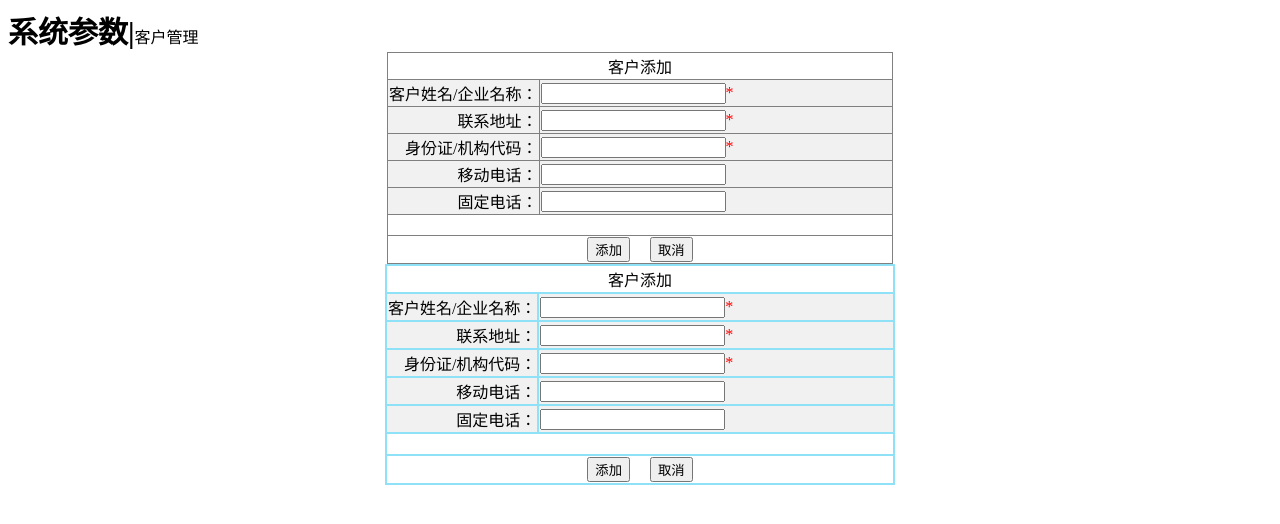
Repository: yuxingyan/OneCrewFlour
Page: http://localhost/Flour/addclient.jsp
An editor plug-in stored every save of this project. The page is shown before and after the next save, followed by the edit.
The browser window is 1280 px wide. The pictures show the whole page.
The page is served by Tomcat 9. Nobody is signed in. The application's start-up code is not run.

Above is the page before, as saved 2018-01-10 16:18:18.

After the next save:
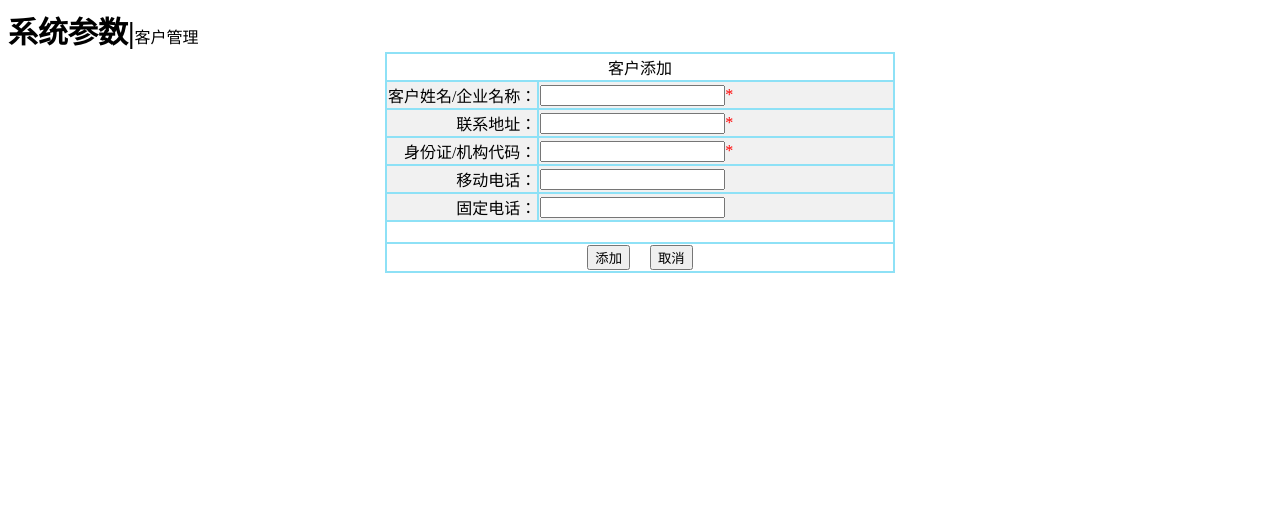
Saved 14 s later.
--- a/Flour/WebRoot/addclient.jsp
+++ b/Flour/WebRoot/addclient.jsp
@@ -66,61 +66,7 @@ String basePath = request.getScheme()+"://"+request.getServerName()+":"+request.
   <body>
      <strong style="font-size:30px">系统参数|</strong>客户管理
     <form action="addclient" id="form1" name="form1">
-     <center>
-    <table  border="1"  style="border-collapse: collapse">
 
-       <tr>
-       <td  style="text-align:center"  colspan="2">
-                         客户添加
-       </td>
-       </tr>
-
-        <tr>
-        <td width="30%"align="right" nowrap="nowrap" bgcolor="#f1f1f1">客户姓名/企业名称：</td>
-       <td bgcolor="#f1f1f1">
-         <input name="client.clientname"  type="text" id="name"/><span style="color:red">*</span>
-       </td>
-       </tr>
-
-        <tr>
-         <td width="30%" align="right" nowrap="nowrap" bgcolor="#f1f1f1">联系地址：</td>
-        <td bgcolor="#f1f1f1">
-           <input name="client.address" type="text" id="address"/><span style="color:red">*</span>
-       </td>
-       </tr>
-
-        <tr>
-         <td width="30%" align="right" nowrap="nowrap" bgcolor="#f1f1f1">身份证/机构代码：</td>
-       <td bgcolor="#f1f1f1">
-        <input name="client.idcard" type="text" id="idcard"/><span style="color:red">*</span>
-       </td>
-       </tr>
-          <tr>
-           <td width="30%" align="right" nowrap="nowrap" bgcolor="#f1f1f1">移动电话：</td>
-       <td bgcolor="#f1f1f1">
-      <input name="client.phone" type="text" id="phone"/>
-       </td>
-       </tr>
-          <tr>
-          <td  width="30%" align="right" nowrap="nowrap" bgcolor="#f1f1f1">固定电话：</td>
-       <td bgcolor="#f1f1f1">
-        <input name="client.homephone" type="text" id="homephone"/>
-       </td>
-       </tr>
-
-
-     <tr>
-     <td  colspan="2">&nbsp</td>
-     </tr>
-
-
-      <tr>
-     <td  align="center"   colspan="2">
-       <input type="button" onclick="Check();"  value="添加" /> &nbsp;&nbsp;&nbsp;&nbsp;<input type="button" value="取消"/>
-     </td>
-     </tr>
-    </table>
-    </center>
      <center>
     <table border="1px" cellspacing="0"
 	 bordercolor="#8EE1F6">
